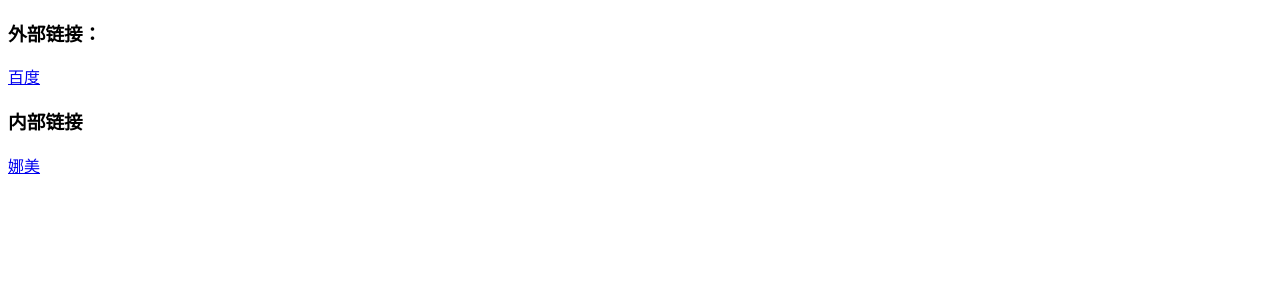
Repository: weizhang05g/learninghtml
Page: 链接标签.html
An editor plug-in stored every save of this project. The page is shown before and after the next save, followed by the edit.
The browser window is 1280 px wide. The pictures show the whole page.

Above is the page before, as saved 2019-12-19 11:54:12.

### 链接标签.html
<!DOCTYPE html>
<html lang="en">
<head>
    <meta charset="UTF-8">
    <meta name="viewport" content="width=device-width, initial-scale=1.0">
    <meta http-equiv="X-UA-Compatible" content="ie=edge">
    <title>Document</title>
</head>
<body>
    <h3>外部链接：</h3>
    <a href="http://www.baidu.com" target="_blank" rel="noopener noreferrer">百度</a>
    <br>
    <h3>内部链接</h3>
    <a href="图像标签.html">娜美</a>
</body>
</html>

After the next save:
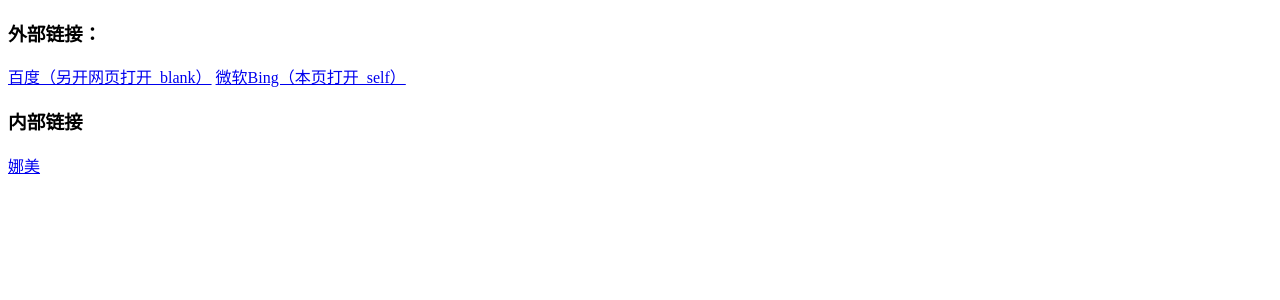
Saved 2 min 49 s later.
--- a/链接标签.html
+++ b/链接标签.html
@@ -8,7 +8,8 @@
 </head>
 <body>
     <h3>外部链接：</h3>
-    <a href="http://www.baidu.com" target="_blank" rel="noopener noreferrer">百度</a>
+    <a href="http://www.baidu.com" target="_blank" rel="noopener noreferrer">百度（另开网页打开_blank）</a>
+    <a href="http://cn.bing.com" target="_self" rel="noopener noreferrer">微软Bing（本页打开_self）</a>
     <br>
     <h3>内部链接</h3>
     <a href="图像标签.html">娜美</a>
